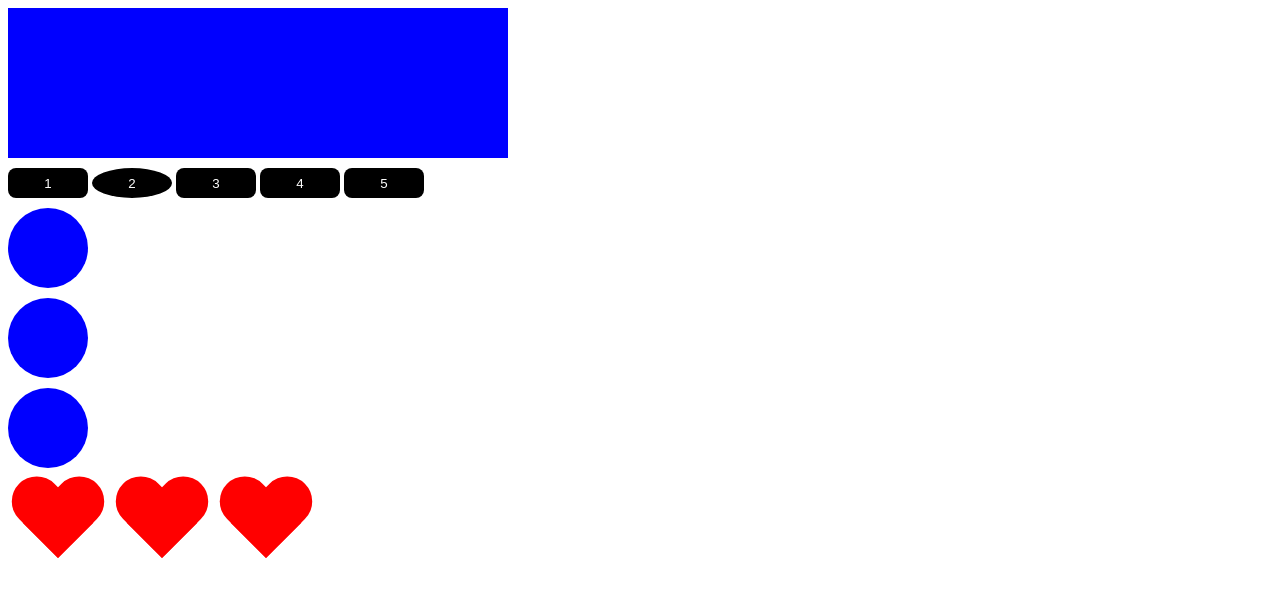
Repository: armus503/First_homework
Page: index2.html
These files come from the project's save history. The page is drawn as it stood at one moment and after the next save; the edit follows.
The browser window is 1280 px wide. The pictures show the whole page.

Above is the page before, as saved 2021-08-26 00:10:33.

### index2.html
<!DOCTYPE html>
<html lang="ru">

<head>
    <meta charset="utf-8">
    <meta http-equiv="X-UA-Compatible" content="IE=edge">
    <title>JavaScript</title>
    <link rel="stylesheet" href="/style2.css">
</head>

<body>
    <div class="box" id="box"></div>
    <button>1</button>
    <button>2</button>
    <button>3</button>
    <button>4</button>
    <button>5</button>

    <div class="circle"></div>
    <div class="circle"></div>
    <div class="circle"></div>

    <div class="wrapper">
        <div class="heart"></div>
        <div class="heart"></div>
        <div class="heart"></div>

    </div>

    <script src="/script2.js"></script>
</body>

</html>

### style2.css
.box {
  width: 150px;
  height: 150px;
  background-color: red;
}
button {
	width: 80px;
	height: 30px;
	margin-top: 10px;
	border: none;
	border-radius: 8px;
	background-color: #000;
	color: #fff;
	cursor: pointer;
	outline: none;
}

.circle {
	width: 80px;
	height: 80px;
	background-color: blue;
	display: block;
	margin-top: 10px;
	border-radius: 100%;
}

.heart {
	display: inline-block;
    position: relative;
    width: 100px;
    height: 90px;
    margin-top: 10px;
}
.heart:before,
.heart:after {
    position: absolute;
    content: "";
    left: 50px;
    top: 0;
    width: 50px;
    height: 80px;
    background: red;
    -moz-border-radius: 50px 50px 0 0;
    border-radius: 50px 50px 0 0;
    -webkit-transform: rotate(-45deg);
       -moz-transform: rotate(-45deg);
        -ms-transform: rotate(-45deg);
         -o-transform: rotate(-45deg);
            transform: rotate(-45deg);
    -webkit-transform-origin: 0 100%;
       -moz-transform-origin: 0 100%;
        -ms-transform-origin: 0 100%;
         -o-transform-origin: 0 100%;
            transform-origin: 0 100%;
}
.heart:after {
    left: 0;
    -webkit-transform: rotate(45deg);
       -moz-transform: rotate(45deg);
        -ms-transform: rotate(45deg);
         -o-transform: rotate(45deg);
            transform: rotate(45deg);
    -webkit-transform-origin: 100% 100%;
       -moz-transform-origin: 100% 100%;
        -ms-transform-origin: 100% 100%;
         -o-transform-origin: 100% 100%;
            transform-origin :100% 100%;
}
.black{
	width: 150px;
	height: 50px;
	line-height: 50px;
	text-align: center;
	background-color: black;
	margin-bottom: 30px;
	margin-top: 30px;
	color: #fff;
}

### script2.js
'use strict';

const box = document.getElementById('box'),
    btns = document.getElementsByTagName('button'),
    circles = document.getElementsByClassName('circle'),
    hearts = document.querySelectorAll('.heart'),
    oneHeart = document.querySelector('.heart');

//console.dir(box); //посмотреть на элемент в качестве объекта

//инлайн стили(применяемые через JS) имеют приоритет перед стилями CSS
box.style.backgroundColor = 'blue'; //значения стилей записываем
box.style.width = '500px'; //в строковом формате, иначе не применятся

btns[1].style.borderRadius = '100%'; //меняем радиус второй кнопки псевдомассива btns

After the next save:
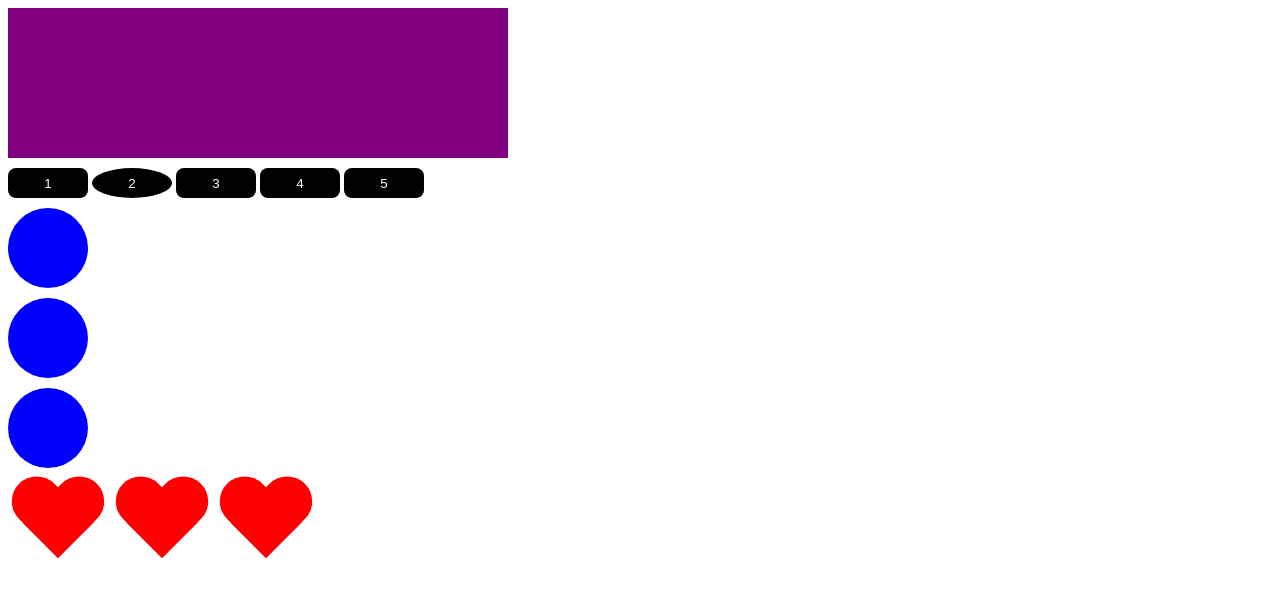
Saved 28 min 48 s later.
--- a/script2.js
+++ b/script2.js
@@ -13,3 +13,8 @@ box.style.backgroundColor = 'blue'; //значения стилей записы
 box.style.width = '500px'; //в строковом формате, иначе не применятся
 
 btns[1].style.borderRadius = '100%'; //меняем радиус второй кнопки псевдомассива btns
+
+/*! этот способ назначения свойств действует только для отдельных элементов
+для псевдомассива используется свойство cssText */
+
+box.style.cssText = 'background-color: purple; width: 500px'; //стили записываются уже как в CSS
